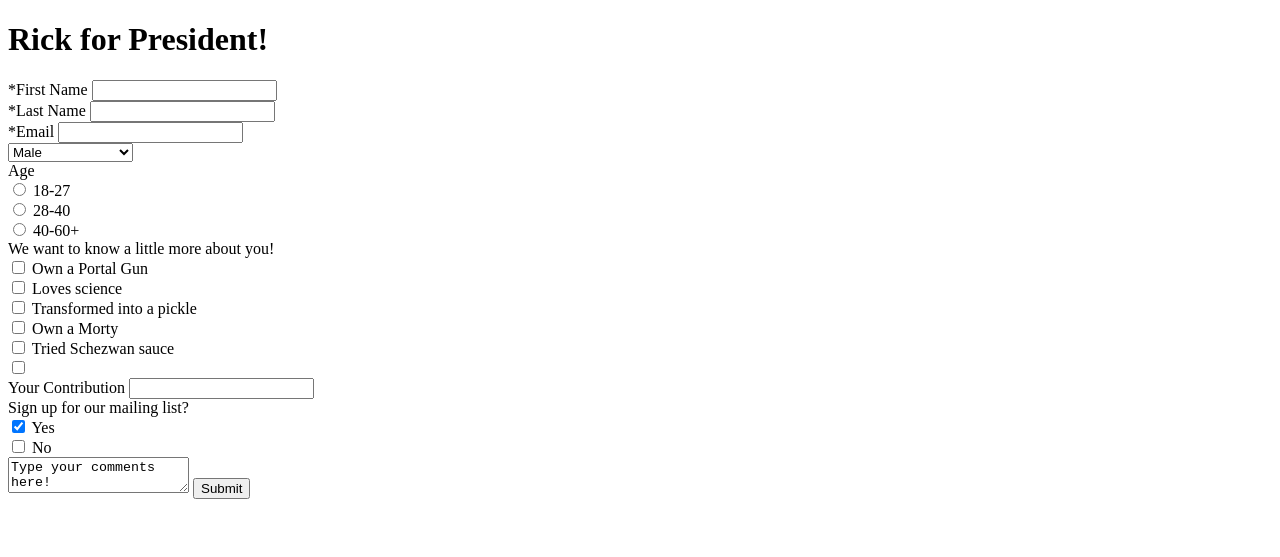
Repository: sunkim96/cosw30
Page: homework/homework2/contact.html
The author's editor kept a record of every edit. The page is drawn from the files as they stood at one moment, then again after the next edit.
The browser window is 1280 px wide. The pictures show the whole page.

Above is the page before.

### homework/homework2/contact.html
<!doctype html>
<html>
    <head>
        <meta charset="utf-8">
        <title>Political Campaign</title>
    </head>
    <body>
        <h1>Rick for President!</h1>


        <form action="process_contact.php" method="POST">
            <!-- first and last name, email !-->
            <label for="first_name">*First Name</label>
            <input type="text" id="first_name" name="first_name" required><br>

            <label for="last_name">*Last Name</label>
            <input type="text" id="last_name" name="last_name" required><br>

            <label for="email">*Email</label>
            <input type="email" id="email" name="email" required><br>


            <!-- gender as a dropdown !-->
            <select name="gender" required>
                <option value ="male">Male</option>
                <option value ="female">Female</option>
                <option value ="other">Other</option>
                <option value ="none">Prefer Not to Say</option>
            </select><br>

            <!-- age with radio !-->
            <label for="age" requried>Age</label><br>
                <input type="radio" name="age" value="18-27"> 18-27<br>
                <input type="radio" name="age" value="28-40"> 28-40<br>
                <input type="radio" name="age" value="40-60"> 40-60+<br>

            <!-- interesting things, checkboxes for these options !-->
            <label for="interests">We want to know a little more about you!</label><br>
                <input type="checkbox" name="portalgun" value="portalgun"> Own a Portal Gun<br>
                <input type="checkbox" name="science" value="science"> Loves science <br>
                <input type="checkbox" name="pickles" value="pickles"> Transformed into a pickle<br>
                <input type="checkbox" name="morty" value="morty"> Own a Morty<br>
                <input type="checkbox" name="schezwan" value="schezwan"> Tried Schezwan sauce<br>
                <input type="checkbox" name="" value=""> <br>


              <label for="contribution">Your Contribution</label>
              <input type="number" name="cont" min="0"><br>


              <!-- mailing list yes or no !-->
             <label for="yesno">Sign up for our mailing list?</label><br>
              <input type="checkbox" name="yes" value="yes" checked> Yes<br>
              <input type="checkbox" name="no" value="no"> No<br>

            <textarea name="comments" id="comments">Type your comments here!</textarea>
            <button>Submit</button>
        </form>



    </body>





</html>

After the next edit:
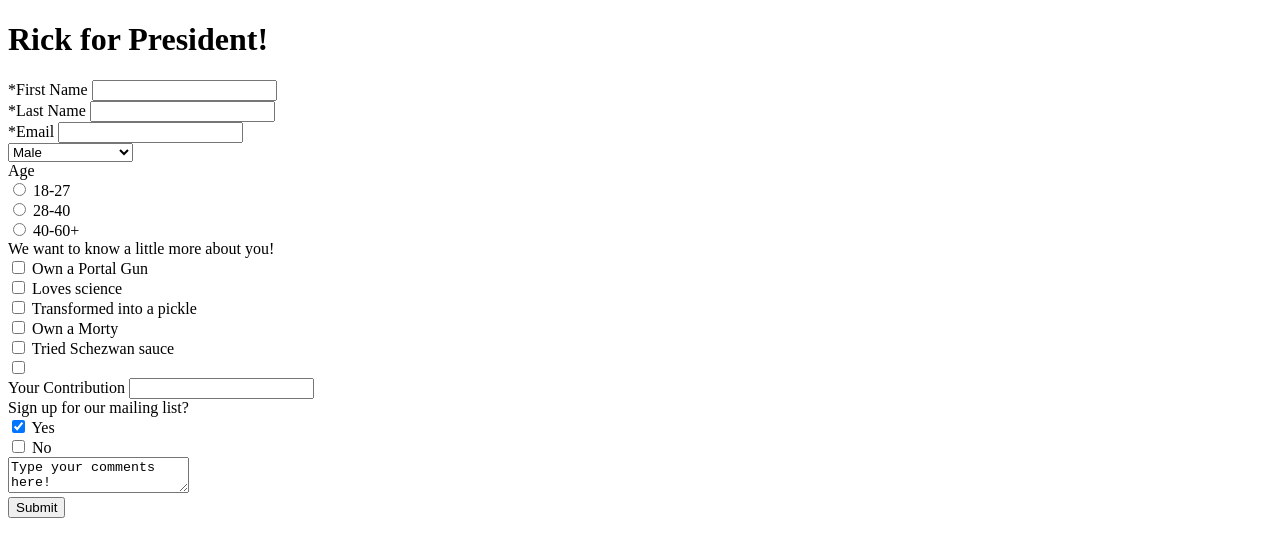
The edit:
--- a/homework/homework2/contact.html
+++ b/homework/homework2/contact.html
@@ -53,7 +53,7 @@
               <input type="checkbox" name="yes" value="yes" checked> Yes<br>
               <input type="checkbox" name="no" value="no"> No<br>
 
-            <textarea name="comments" id="comments">Type your comments here!</textarea>
+            <textarea name="comments" id="comments">Type your comments here!</textarea><br>
             <button>Submit</button>
         </form>
 
